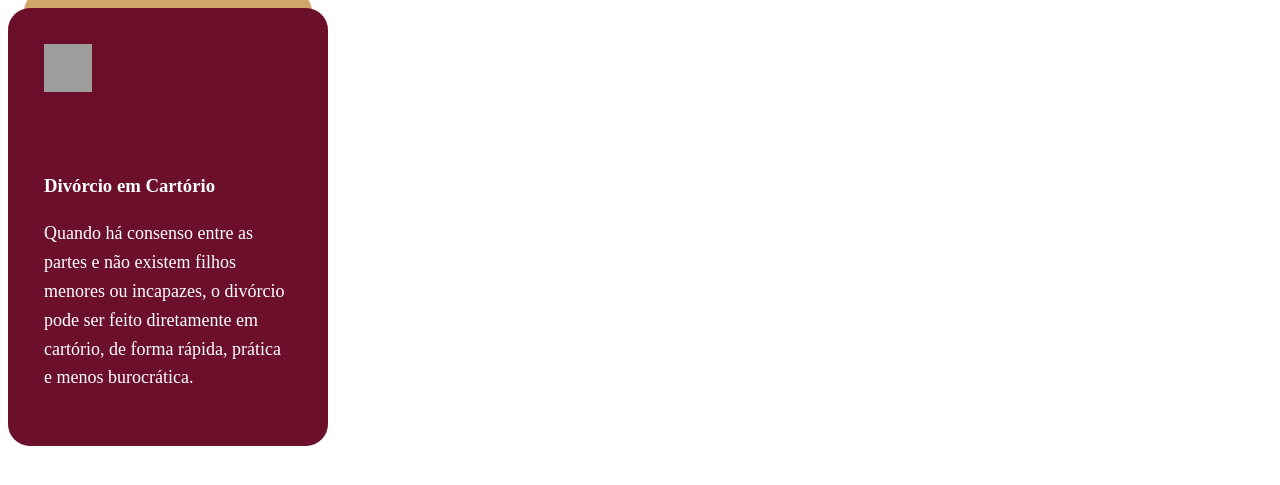
Repository: EmanuelVieiira/landing-page-advocacia
Page: teste.html
These files come from the project's save history. The page is drawn as it stood at one moment and after the next save; the edit follows.
The browser window is 1280 px wide. The pictures show the whole page.
Pictures or frames that could not be fetched are drawn as grey boxes.

Above is the page before, as saved 2026-02-04 23:08:52.

### teste.html
<!DOCTYPE html>
<html lang="en">
<head>
    <meta charset="UTF-8">
    <meta name="viewport" content="width=device-width, initial-scale=1.0">
    <title>Document</title>
    <style>
        .card {
  position: relative;
  display: flex;
  align-items: center;
  justify-content: center;
  width: 320px;
  border-radius: 24px;
  line-height: 1.6;
  transition: all 0.48s cubic-bezier(0.23, 1, 0.32, 1);
}
.icone {
  width: 48px;
  height: 48px;
  margin-bottom: 12px;
}
.content {
  display: flex;
  flex-direction: column;
  align-items: flex-start;
  justify-content: center;
  gap: 24px;
  padding: 36px;
  border-radius: 22px;
  color: #ffffff;
  overflow: hidden;
  background: #6B0F2A;
  transition: all 0.48s cubic-bezier(0.23, 1, 0.32, 1);
}

.content::before {
  position: absolute;
  content: "";
  top: -4%;
  left: 50%;
  width: 90%;
  height: 90%;
  transform: translate(-50%);
  background: #d1a66b;
  z-index: -1;
  transform-origin: bottom;

  border-radius: inherit;
  transition: all 0.48s cubic-bezier(0.23, 1, 0.32, 1);
}

.content::after {
  position: absolute;
  content: "";
  top: -8%;
  left: 50%;
  width: 80%;
  height: 80%;
  transform: translate(-50%);
  background: #d1a66b;
  z-index: -2;
  transform-origin: bottom;
  border-radius: inherit;
  transition: all 0.48s cubic-bezier(0.23, 1, 0.32, 1);
}

.content svg {
  width: 48px;
  height: 48px;
}

.content .para {
  z-index: 1;
  opacity: 1;
  font-size: 18px;
  transition: all 0.48s cubic-bezier(0.23, 1, 0.32, 1);
}

.content .link {
  z-index: 1;
  color: #d1a66b;
  text-decoration: none;
  font-family: inherit;
  font-size: 16px;
  transition: all 0.48s cubic-bezier(0.23, 1, 0.32, 1);
}

.content .link:hover {
  text-decoration: underline;
}

.card:hover {
  transform: translate(0px, -16px);
}

.card:hover .content::before {
  rotate: -8deg;
  top: 0;
  width: 100%;
  height: 100%;
}

.card:hover .content::after {
  rotate: 8deg;
  top: 0;
  width: 100%;
  height: 100%;
}

    </style>
</head>
<body>
    <div class="card">
  <div class="content">

<img src="/img/divorcio.png" alt="ícone de divórcio"   class="icone">
      <path
        d="M20 9V5H4V9H20ZM20 11H4V19H20V11ZM3 3H21C21.5523 3 22 3.44772 22 4V20C22 20.5523 21.5523 21 21 21H3C2.44772 21 2 20.5523 2 20V4C2 3.44772 2.44772 3 3 3ZM5 12H8V17H5V12ZM5 6H7V8H5V6ZM9 6H11V8H9V6Z"
      ></path>
    <div>
        <h3>Divórcio em Cartório</h3>

    <p class="para">
     Quando há consenso entre as partes e não existem filhos menores ou incapazes, o divórcio pode ser feito diretamente em cartório, de forma rápida, prática e menos burocrática.
    </p></div>
  </div>
</div>

</body>
</html>

After the next save:
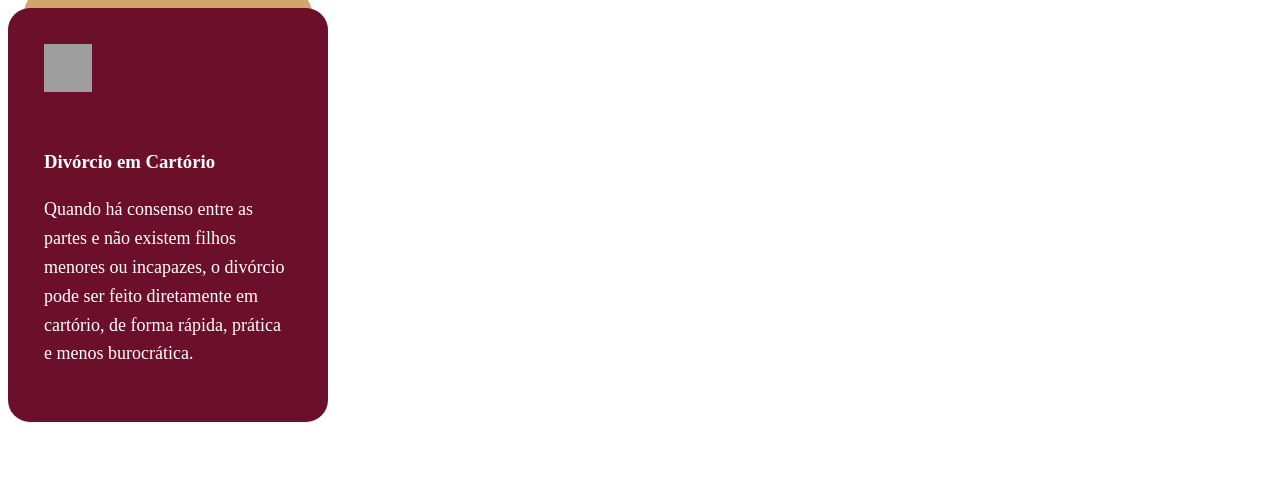
Saved 13 s later.
--- a/teste.html
+++ b/teste.html
@@ -115,9 +115,7 @@
   <div class="content">
 
 <img src="/img/divorcio.png" alt="ícone de divórcio"   class="icone">
-      <path
-        d="M20 9V5H4V9H20ZM20 11H4V19H20V11ZM3 3H21C21.5523 3 22 3.44772 22 4V20C22 20.5523 21.5523 21 21 21H3C2.44772 21 2 20.5523 2 20V4C2 3.44772 2.44772 3 3 3ZM5 12H8V17H5V12ZM5 6H7V8H5V6ZM9 6H11V8H9V6Z"
-      ></path>
+
     <div>
         <h3>Divórcio em Cartório</h3>
 
